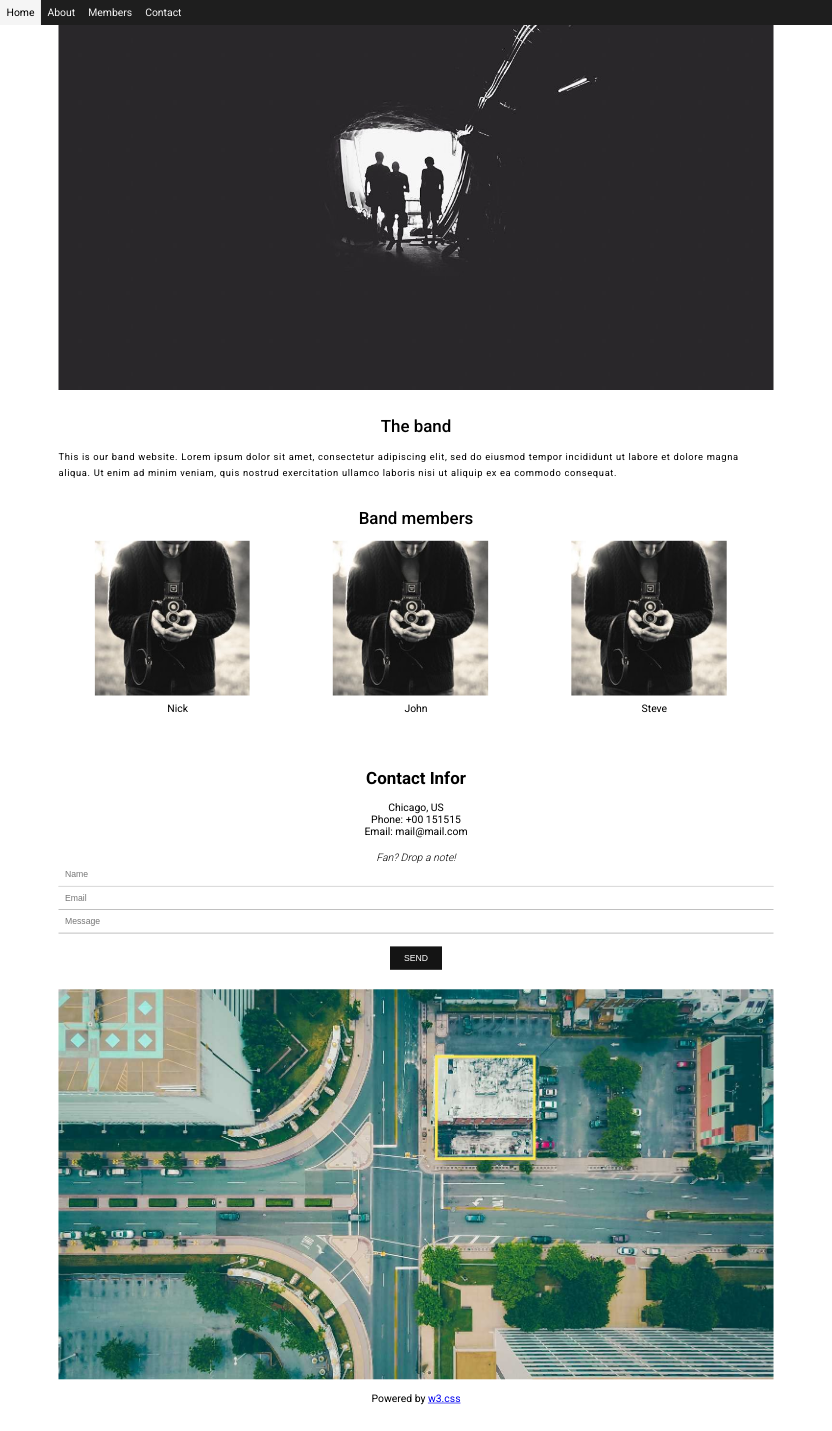
Repository: hieu-22/w3_band_UI
Page: index.html
These files come from the project's save history. The page is drawn as it stood at one moment and after the next save; the edit follows.
The browser window is 1280 px wide. The pictures show the whole page, at 65% of full size.

Above is the page before, as saved 2022-12-30 11:27:34.

After the next save:
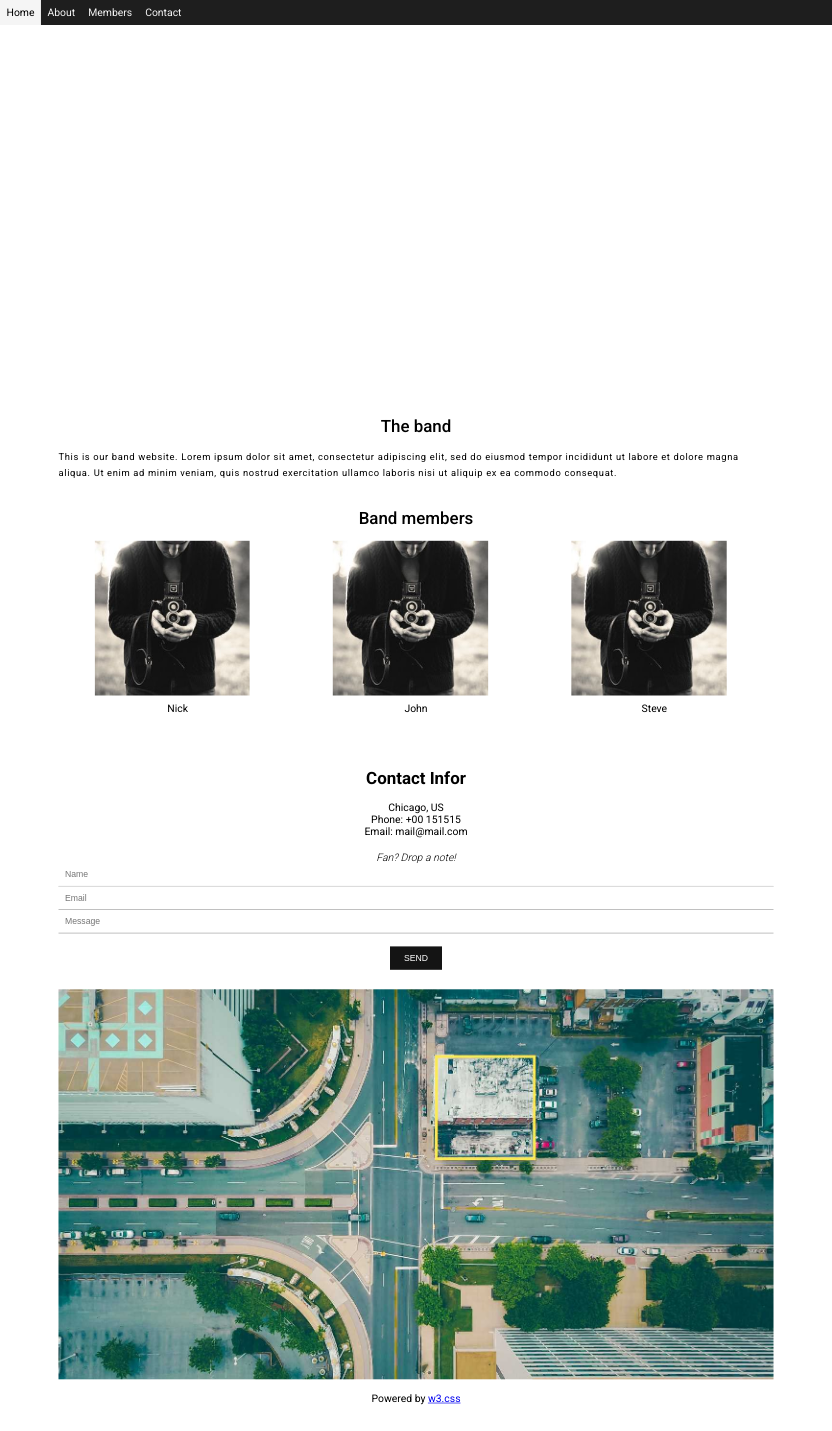
Saved 2 min 11 s later.
--- a/scr/main.js
+++ b/scr/main.js
@@ -1,6 +1,4 @@
-window.addEventListener('DOMContentLoaded', () => {
-    banner.classList.add('banner-picture1')
-})
+
 const banner = document.querySelector('.banner')
 let currentBanner = 'banner1'
 
@@ -15,7 +13,6 @@ function changeBanner() {
         currentBanner = 'banner3'
     } else {
         banner.classList.remove('banner-picture3')
-        banner.classList.add('banner-picture1')
         currentBanner = 'banner1'
     }
 }

After the save that followed:
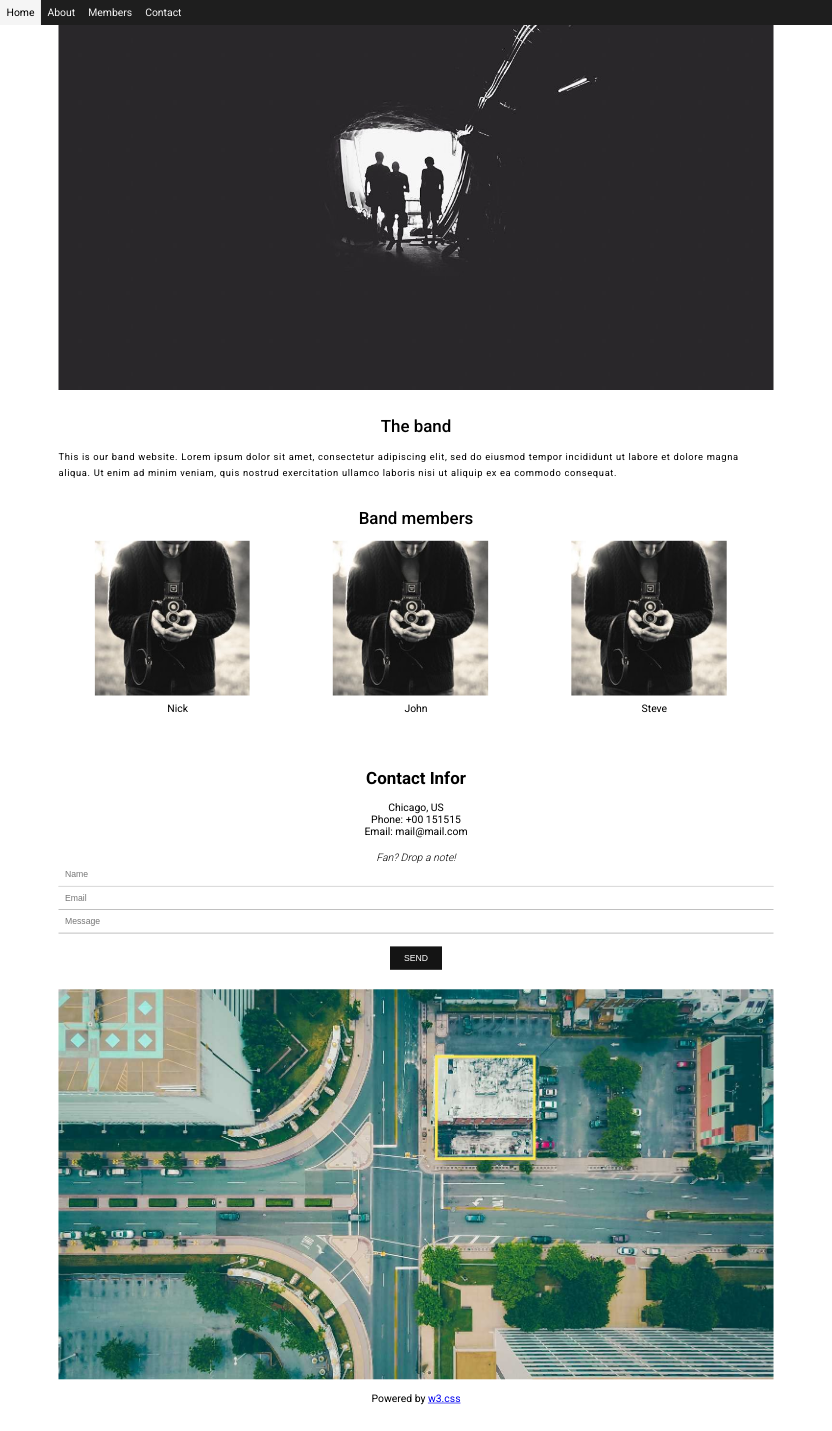
Saved 10 s later.
--- a/assets/css/style.css
+++ b/assets/css/style.css
@@ -47,6 +47,7 @@ html {
     height: 100%;
     width: auto;
     background-size: cover;
+    background-image: url('../img/img_la.jpg');
 }
 
 .banner-picture1 {
